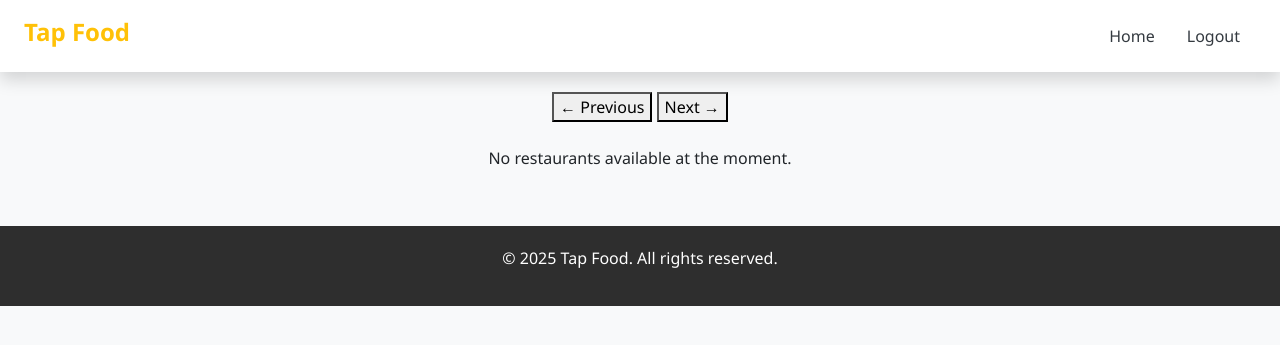
Repository: Rupeswarbhainsa777/Food-Web-App
Page: http://localhost/TapFoodApp/resturent.jsp
These files come from the project's save history. The page is drawn as it stood at one moment and after the next save; the edit follows.
The browser window is 1280 px wide. The pictures show the whole page.
The page is served by Tomcat 10. Nobody is signed in. The application's start-up code is not run. Queries for data that is not in the repository find no rows.

Above is the page before, as saved 2025-05-01 22:40:56.

After the next save:
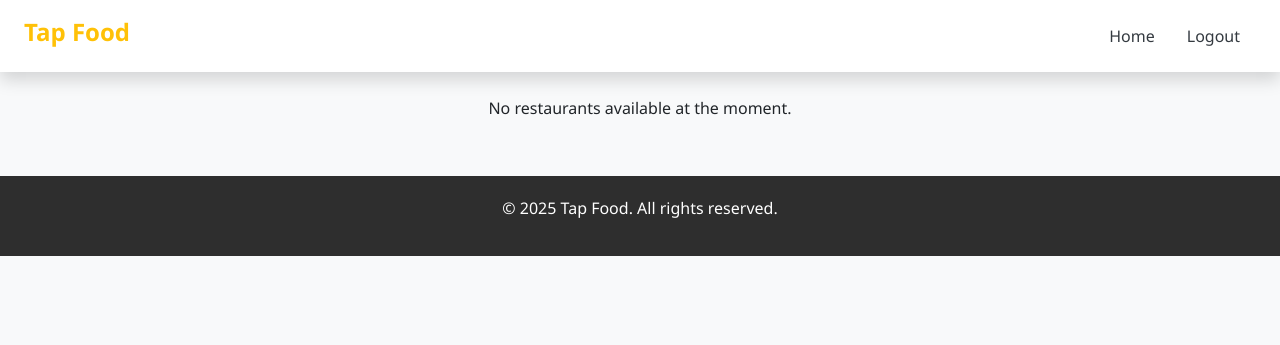
Saved 45 s later.
--- a/TapFoodApp/src/main/webapp/resturent.jsp
+++ b/TapFoodApp/src/main/webapp/resturent.jsp
@@ -135,11 +135,7 @@ body {
 
 
 
-<!-- Swap Buttons -->
-<div style="text-align:center; margin-top: 20px;">
-    <button onclick="swapDish('left')">← Previous</button>
-    <button onclick="swapDish('right')">Next →</button>
-</div>
+
 
 
 	<!-- Restaurant Cards -->
